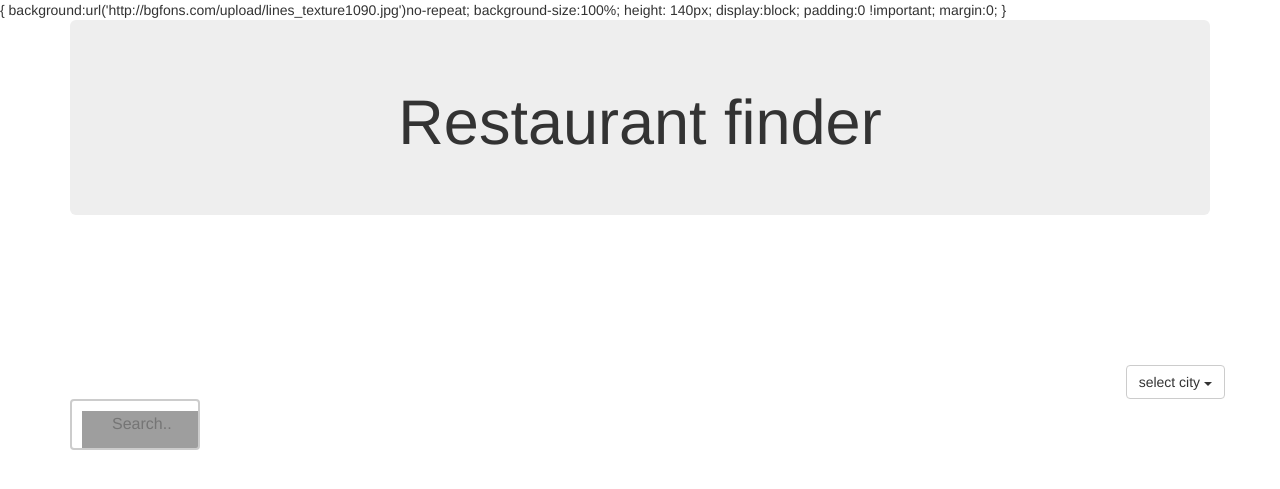
Repository: ganz-95/Denuvo-final
Page: http://localhost/restaurant/
The author's editor kept a copy of each file at every save. The page is drawn from the files as they stood at one save, then again after the next save.
The browser window is 1280 px wide. The pictures show the whole page.
Pictures or frames that could not be fetched are drawn as grey boxes. Some web libraries are served in a nearby version. The page is served by Tomcat 9.

Above is the page before, as saved 2017-01-23 15:56:11.

After the next save:
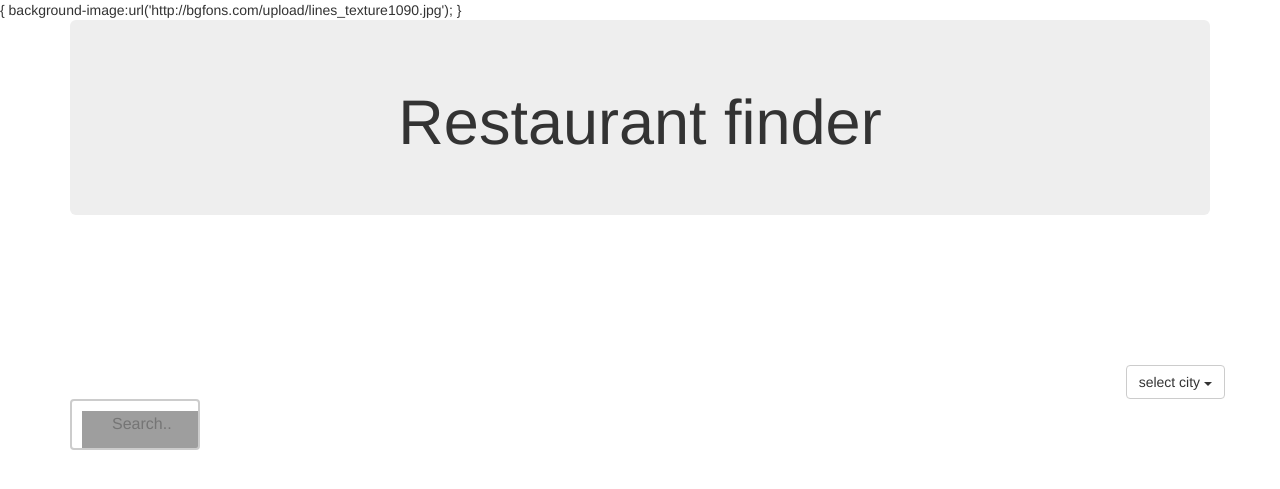
Saved 2 min 10 s later.
--- a/workspace/restaurant/src/main/webapp/index.jsp
+++ b/workspace/restaurant/src/main/webapp/index.jsp
@@ -9,13 +9,10 @@
 </head>
 <body>
 {
-background:url('http://bgfons.com/upload/lines_texture1090.jpg')no-repeat;
-background-size:100%;
-height: 140px;
-display:block;
-padding:0 !important;
-margin:0;
+background-image:url('http://bgfons.com/upload/lines_texture1090.jpg');
+
 }
+
 
 <div class="container" >
   <div class="jumbotron" align="center">
